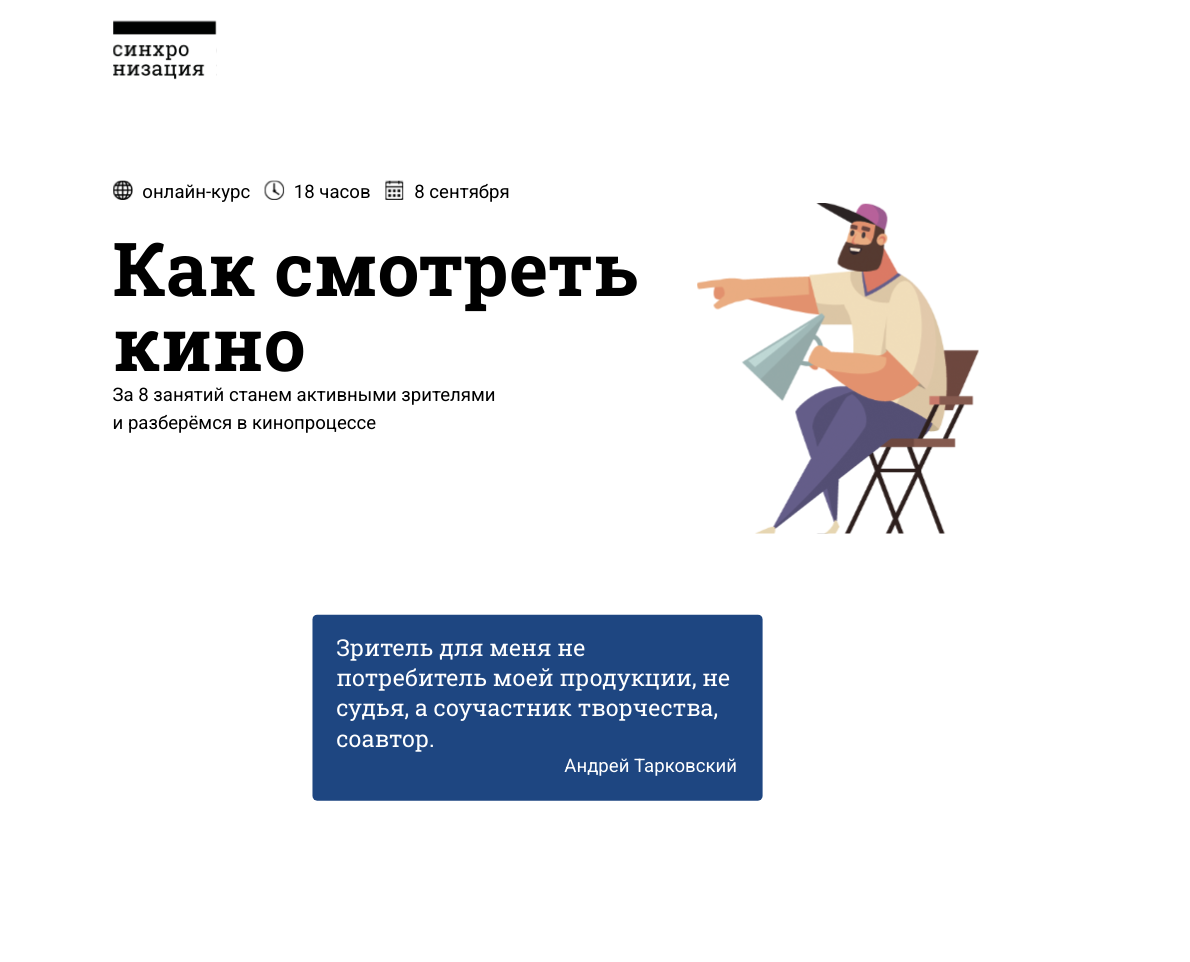
Repository: HeybetzadeQedim/task-2
Page: index.html
These files come from the project's save history. The page is drawn as it stood at one moment and after the next save; the edit follows.
The browser window is 1280 px wide. The pictures show the whole page, at 93% of full size.

Above is the page before, as saved 2023-10-04 16:13:22.

After the next save:
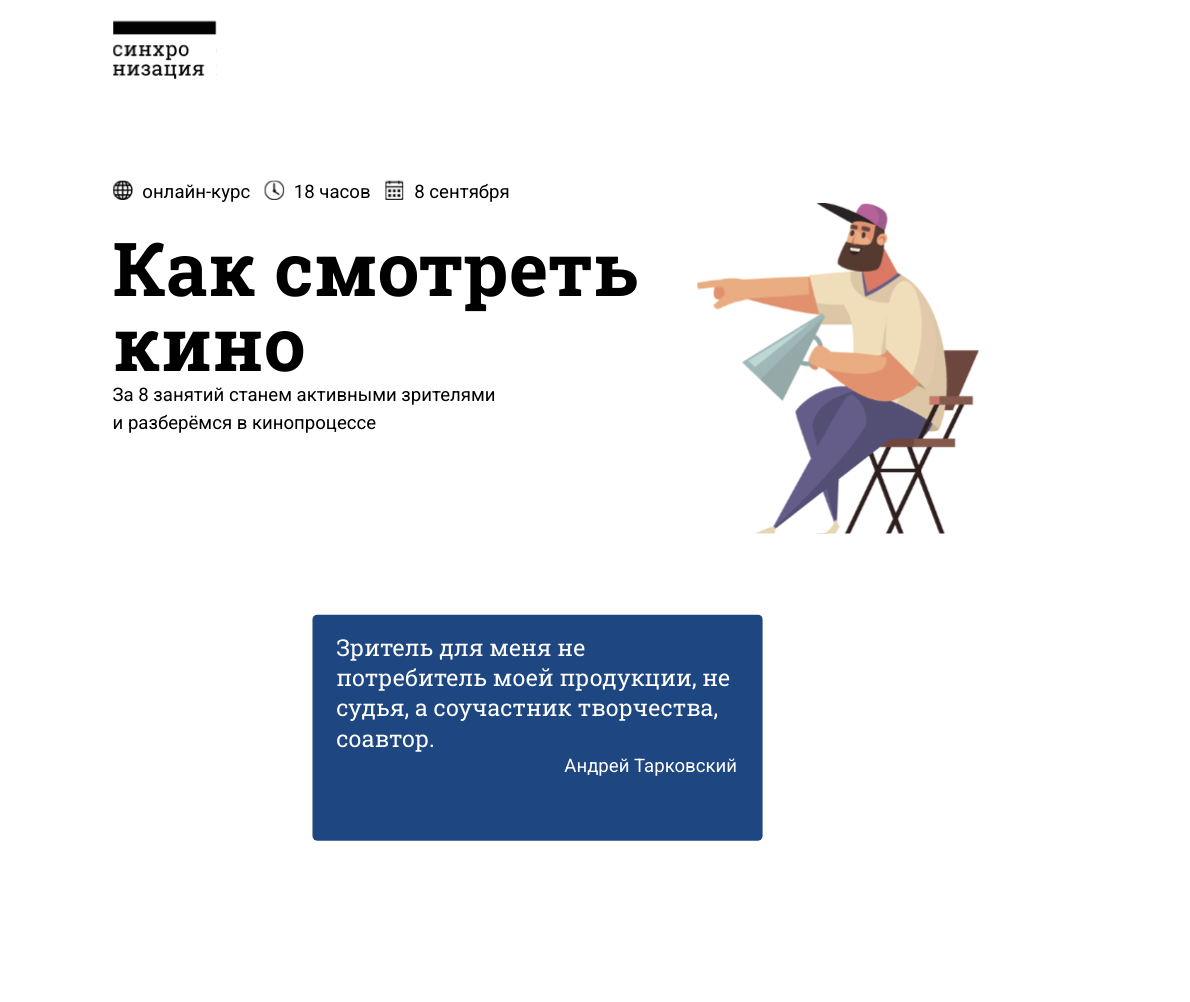
Saved 31 s later.
--- a/index.css
+++ b/index.css
@@ -74,7 +74,7 @@ h1 {
 }
 .box {
   width: 484px;
-  height: 200px;
+  /* height: 200px; */
   /* margin: 87px 0 173px 409px; */
   margin: auto;
   margin-top: 87px;
